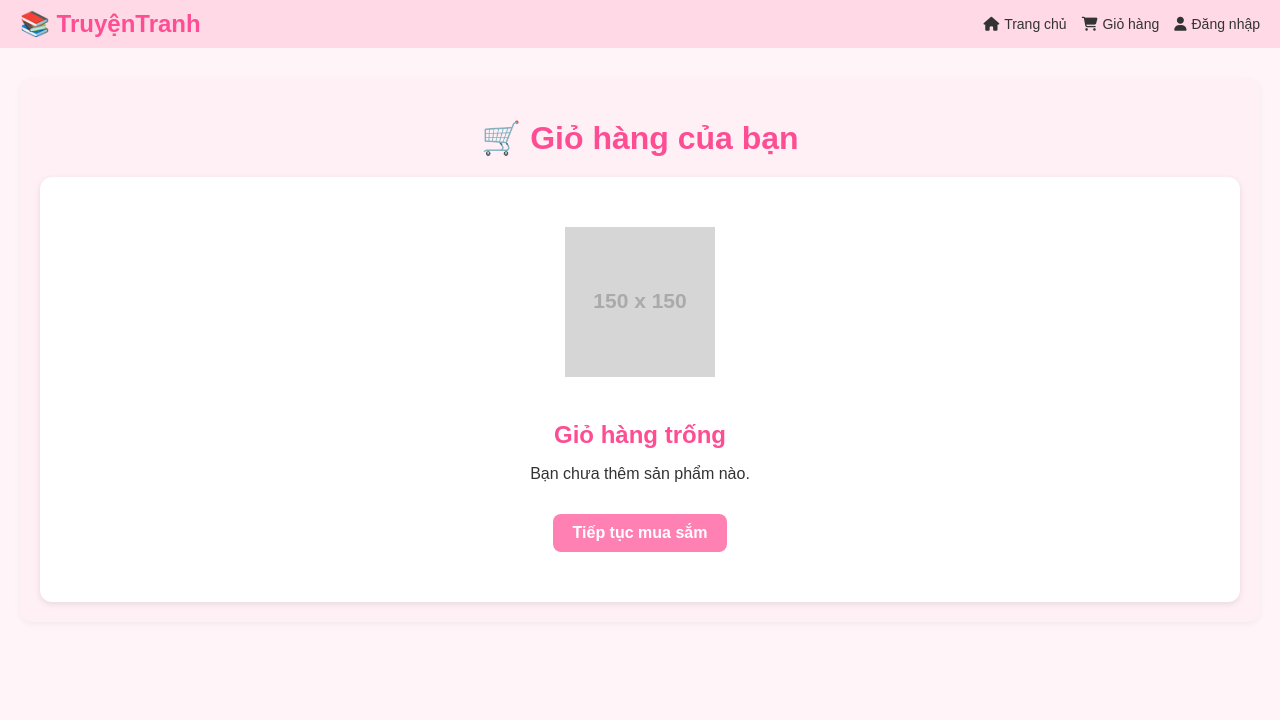
Repository: kienNB2005/QLBanHang
Page: http://localhost/views/client/cart/index.php?page=cart&action=index
The author's editor kept a copy of each file at every save. The page is drawn from the files as they stood at one save, then again after the next save.
The browser window is 1280 px wide. The pictures show the whole page.
The page is run by PHP 8.4 with error messages shown; the project is at /var/www/html/.

Above is the page before, as saved 2025-09-15 00:12:24.

### views/client/cart/index.php
<!DOCTYPE html>
<html lang="vi">
<head>
<meta charset="UTF-8">
<meta name="viewport" content="width=device-width, initial-scale=1.0">
<title>🛒 Giỏ hàng</title>
<link rel="stylesheet" href="https://cdnjs.cloudflare.com/ajax/libs/font-awesome/6.5.0/css/all.min.css">
<style>
    body {
        font-family: 'Poppins', Arial, sans-serif;
        margin: 0;
        padding: 0;
        background: #fff5f8;
        color: #333;
    }
    a { text-decoration: none; color: inherit; }

    /* HEADER */
    header {
        display: flex;
        flex-wrap: wrap;
        align-items: center;
        justify-content: space-between;
        padding: 10px 20px;
        background: #ffd9e6;
        position: sticky;
        top: 0;
        z-index: 100;
    }
    header .logo { font-size: 24px; font-weight: 600; color: #ff4d94; }
    header .icons { display: flex; align-items: center; gap: 15px; }
    header .icons .item { cursor: pointer; display: flex; align-items: center; gap: 5px; font-size: 14px; }

    /* CONTAINER */
    .container {
        max-width: 1200px;
        margin: 30px auto;
        padding: 20px;
        background: #fff0f5;
        border-radius: 12px;
        box-shadow: 0 2px 6px rgba(0,0,0,0.05);
    }

    h1 { text-align: center; color: #ff4d94; margin-bottom: 20px; }

    /* CART ITEMS */
    .cart-items { margin-bottom: 20px; }
    .cart-item {
        display: flex;
        align-items: center;
        justify-content: space-between;
        background: #fff;
        border-radius: 10px;
        padding: 15px;
        margin-bottom: 15px;
        box-shadow: 0 2px 6px rgba(0,0,0,0.05);
    }
    .cart-item img {
        width: 100px; height: 120px;
        border-radius: 8px;
        object-fit: cover;
        margin-right: 15px;
    }
    .item-info { flex: 1; }
    .item-name { font-weight: bold; margin-bottom: 5px; color: #ff4d94; }
    .item-price { color: #cd1845ff; font-weight: bold; }

    .quantity-controls { display: flex; align-items: center; gap: 5px; }
    .quantity-controls button {
        padding: 5px 10px;
        border: none;
        background: #ff80b3;
        color: #fff;
        border-radius: 5px;
        cursor: pointer;
    }
    .quantity-controls button:hover { background: #ff4d94; }

    .item-subtotal { font-weight: bold; color: #333; }
    .delete-btn { cursor: pointer; color: #dc3545; font-size: 18px; margin-left: 10px; }

    /* SIDEBAR */
    .cart-summary {
        text-align: right;
        padding: 20px;
        background: #ffe6f2;
        border-radius: 10px;
        margin-top: 20px;
    }
    .cart-summary .total { font-size: 20px; font-weight: bold; color: red; margin-bottom: 15px; }
    .checkout-btn {
        padding: 12px 25px;
        border: none;
        border-radius: 8px;
        background: #ff80b3;
        color: #fff;
        font-weight: bold;
        cursor: pointer;
        transition: background 0.3s;
    }
    .checkout-btn:hover { background: #ff4d94; }

    /* EMPTY CART */
    .empty-cart {
        text-align: center;
        padding: 50px;
        background: #fff;
        border-radius: 12px;
        box-shadow: 0 2px 6px rgba(0,0,0,0.1);
    }
    .empty-cart img { width: 150px; margin-bottom: 20px; opacity: 0.8; }
    .empty-cart h2 { color: #ff4d94; margin-bottom: 10px; }
    .empty-cart a {
        display: inline-block;
        margin-top: 15px;
        padding: 10px 20px;
        background: #ff80b3;
        color: #fff;
        border-radius: 8px;
        font-weight: bold;
    }
    .empty-cart a:hover { background: #ff4d94; }
</style>
</head>
<body>

<!-- HEADER -->
<header>
    <div class="logo">📚 TruyệnTranh</div>
    <div class="icons">
        <div class="item"><i class="fas fa-home"></i><a href="index.php">Trang chủ</a></div>
        <div class="item"><i class="fas fa-shopping-cart"></i> Giỏ hàng</div>
        <div class="item"><i class="fas fa-user"></i>
            <?php if(isset($_SESSION['user'])): ?>
                Xin chào, <?= htmlspecialchars($_SESSION['user']['user_name']) ?>
            <?php else: ?>
                <a href="index.php?page=client&action=displayLogin">Đăng nhập</a>
            <?php endif; ?>
        </div>
    </div>
</header>

<!-- CART -->
<div class="container">
    <h1>🛒 Giỏ hàng của bạn</h1>

    <?php if(!empty($datas)): ?>
        <form action="index.php?page=cart&action=checkout" method="post">
            <div class="cart-items">
                <?php foreach ($datas as $data): ?>
                <div class="cart-item">
                    <img src="<?= $data['images'] ?? 'https://via.placeholder.com/100x120' ?>" alt="<?= $data['name'] ?>">
                    <div class="item-info">
                        <div class="item-name"><?= htmlspecialchars($data['name']) ?></div>
                        <div class="item-price"><?= number_format($data['price'],0,",",".") ?> đ</div>
                    </div>

                    <div class="quantity-controls">
                        <button type="submit" formaction="index.php?page=cart&action=addOrSub&op=decrease&id=<?= $data['id'] ?>">-</button>
                        <span><?= $data['quantity'] ?? 1 ?></span>
                        <button type="submit" formaction="index.php?page=cart&action=addOrSub&op=increase&id=<?= $data['id'] ?>">+</button>
                    </div>

                    <div class="item-subtotal"><?= number_format($data['price']*($data['quantity'] ?? 1),0,",",".") ?> đ</div>
                    <div class="delete-btn">🗑️</div>
                </div>
                <?php endforeach; ?>
            </div>

            <div class="cart-summary">
                <div class="total">Tổng tiền:
                    <?= number_format(array_sum(array_map(fn($d)=>$d['price']*($d['quantity']??1), $datas)),0,",",".") ?> đ
                </div>

                <?php if(isset($_SESSION['user'])): ?>
                    <button type="submit" class="checkout-btn">THANH TOÁN</button>
                <?php else: ?>
                    <a href="index.php?page=client&action=displayLogin" class="checkout-btn">Đăng nhập để thanh toán</a>
                <?php endif; ?>
            </div>
        </form>
    <?php else: ?>
        <div class="empty-cart">
            <img src="https://via.placeholder.com/150?text=🛒" alt="Empty Cart">
            <h2>Giỏ hàng trống</h2>
            <p>Bạn chưa thêm sản phẩm nào.</p>
            <a href="index.php">Tiếp tục mua sắm</a>
        </div>
    <?php endif; ?>
</div>

</body>
</html>

After the next save:
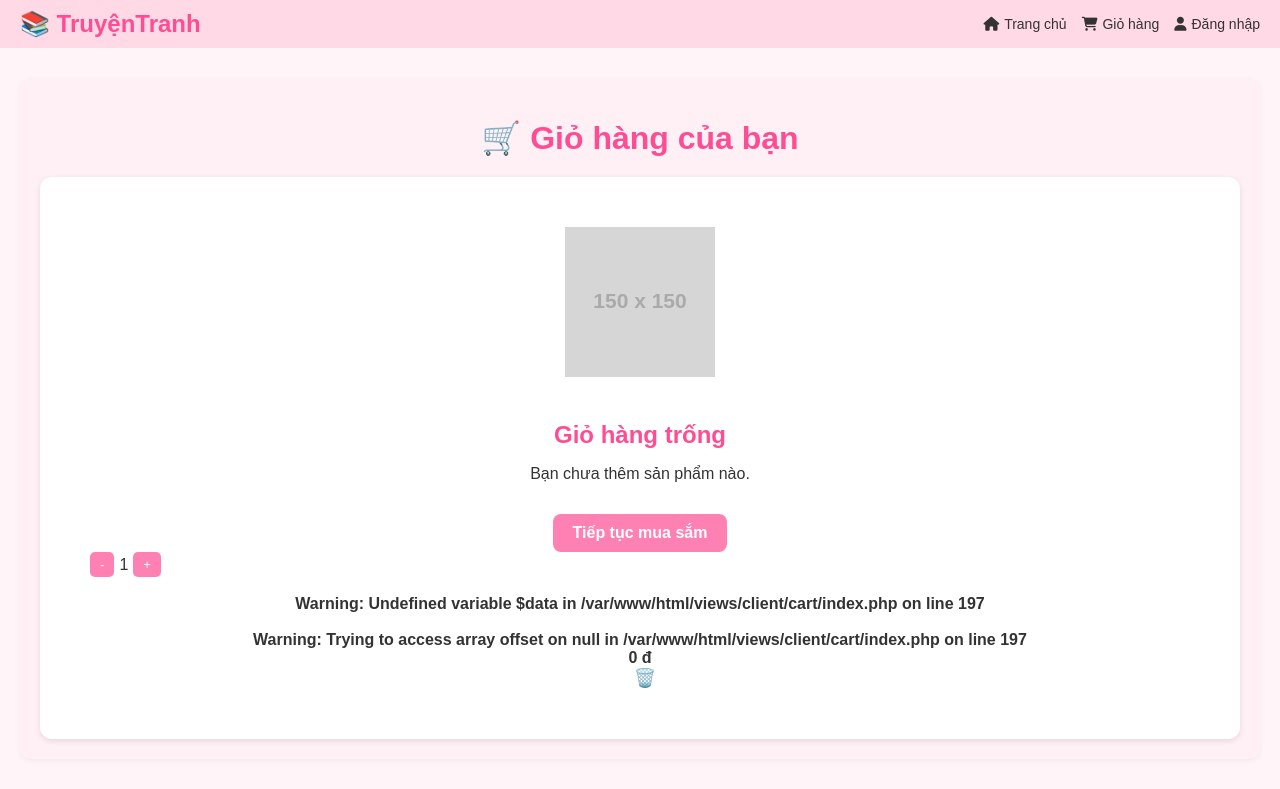
Saved 2 min 51 s later.
--- a/views/client/cart/index.php
+++ b/views/client/cart/index.php
@@ -166,7 +166,6 @@
                 </div>
                 <?php endforeach; ?>
             </div>
-
             <div class="cart-summary">
                 <div class="total">Tổng tiền:
                     <?= number_format(array_sum(array_map(fn($d)=>$d['price']*($d['quantity']??1), $datas)),0,",",".") ?> đ
@@ -185,6 +184,18 @@
             <h2>Giỏ hàng trống</h2>
             <p>Bạn chưa thêm sản phẩm nào.</p>
             <a href="index.php">Tiếp tục mua sắm</a>
+            <!-- Nút tăng/giảm dùng formaction -->
+            <div class="quantity-controls">
+                <!-- Nút giảm -->
+                <button type="submit" name="id" value="<?= $data['id'] ?>" formaction="index.php?page=cart&action=addOrSub">-</button>
+
+                <span><?= $data['quantity'] ?? 1 ?></span>
+
+                <!-- Nút tăng -->
+                <button type="submit" name="increase" value="<?= $data['id'] ?>" formaction="index.php?page=cart&action=addOrSub">+</button>
+            </div>
+            <div class="item-subtotal"><?= number_format(( $data['price']*($data['quantity'] ?? 1)),0,",",".") ?> đ</div>
+            <div class="delete-btn">🗑️</div>
         </div>
     <?php endif; ?>
 </div>
